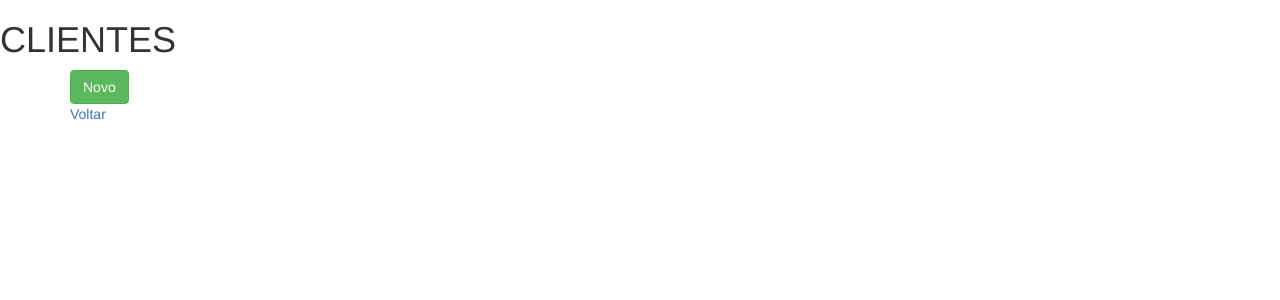
Repository: diegokunha/LojinhaGuru
Page: http://localhost/LojinhaGuru/clientes
The author's editor kept a copy of each file at every save. The page is drawn from the files as they stood at one save, then again after the next save.
The browser window is 1280 px wide. The pictures show the whole page.
Some web libraries are served in a nearby version. The page is served by Tomcat 9.

Above is the page before, as saved 2017-10-04 00:38:57.

After the next save:
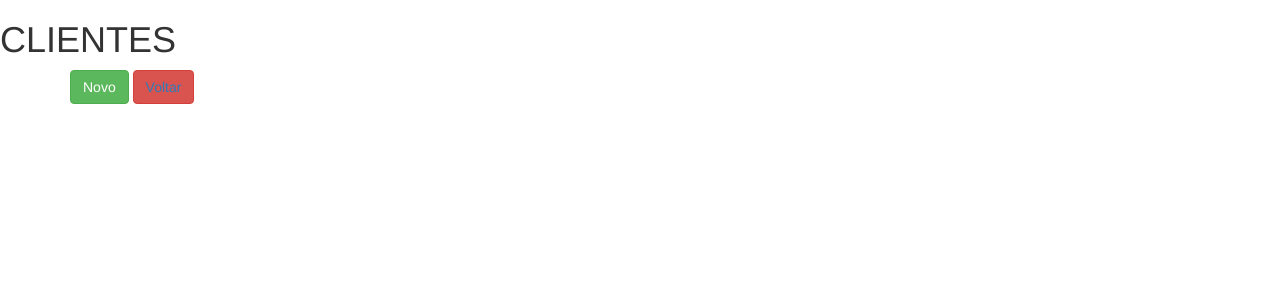
Saved 4 min 0 s later.
--- a/LojinhaGuru/WebContent/WEB-INF/views/jsp/clientes.jsp
+++ b/LojinhaGuru/WebContent/WEB-INF/views/jsp/clientes.jsp
@@ -22,8 +22,10 @@
 <body>
 	<h1>CLIENTES</h1>
 	<div class="container">
-		<button type="button" class="btn btn-success">Novo</button>
-		<br /> <a href="index">Voltar</a>
+		<form>
+			<button type="button" class="btn btn-success">Novo</button>
+			<button type="button" class="btn btn-danger"><a href="index">Voltar</a></button>
+		</form>
 	</div>
 </body>
 </html>
